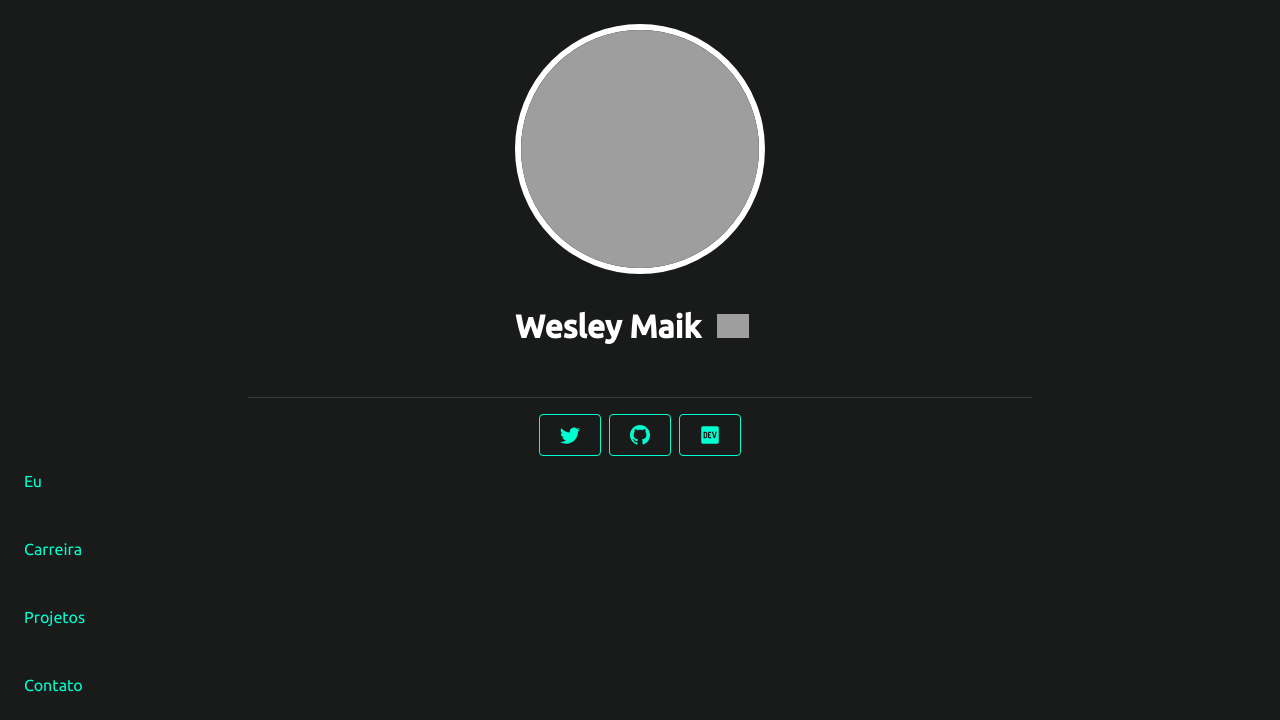
Repository: WesleyMaik/wesleymaik.github.io
Page: /
These files come from the project's save history. The page is drawn as it stood at one moment and after the next save; the edit follows.
The browser window is 1280 px wide. The pictures show the whole page.
Pictures or frames that could not be fetched are drawn as grey boxes. The page's requests for data from a server got no answer. The project was rebuilt for these pictures with package versions that can differ from the ones it lists, and the page was loaded fresh each time. No one was signed in, and anything a server would have sent is missing. Also part of the build but not shown: vite.config.ts.

Above is the page before, as saved 2022-08-08 13:18:11.

### index.html
<!DOCTYPE html>
<html lang="en">
  <head>
    <meta charset="UTF-8" />
    <link rel="icon" type="image/svg+xml" href="/vite.svg" />
    <meta name="viewport" content="width=device-width, initial-scale=1.0" />
    <title>Wesley Maik - Portifólio</title>
  </head>
  <body>
    <div id="root"></div>
    <script type="module" src="/src/main.tsx"></script>
  </body>
</html>

### src/main.tsx
//Modules
import React from 'react'
import ReactDOM from 'react-dom/client'
import App from './pages'

//Style
import "./styles/global.scss";

ReactDOM.createRoot(document.getElementById('root') as HTMLElement).render(
  <React.StrictMode>
    <App />
  </React.StrictMode>
)

### src/pages/index.tsx
//Modules
import styled from "styled-components";
import Header from "../components/template/header";

const App = () => {
    const Main = styled.main`
      max-width:800px;
      margin:auto;
    `;

    return(
      <Main>
        <Header />
      </Main>
    )
};

export default App

### src/styles/global.scss
//Fonts
@import url('https://fonts.googleapis.com/css2?family=Open+Sans:wght@300;400;600&family=Poppins:wght@300;400;600&family=Roboto+Mono:wght@300;400;700&family=Ubuntu:wght@300;400;500&display=swap');

:root{
    --bg-primary:#181b19;
    --bg-secundary:#2c372e;
    --color-default:#fff;
    --color-primary:#00ffd0;
    --color-secundary:#01dba4;
    --color-fade:#01dba410;
}

*{
    box-sizing: border-box;
    transition: all ease 0.25s;
}

html, body{
    margin:0;

    color:var(--color-default);
    background-color: var(--bg-primary);

    font-family: 'Arial', 'Tahoma';
}

h1, h2, h3, h4, h5, h6{
    font-family: 'Poppins', 'Arial';
}

p{
    font-family: 'Open Sans', 'Arial';
}

div, span{
    font-family: 'Ubuntu', 'Arial';
}

a{
    color: var(--color-primary);
    text-decoration: none;

    border-bottom:2px solid transparent;

    &:active{
        color: var(--color-secundary);
    }

    &:hover{
        border-bottom-color:var(--color-primary);
    }
}

hr{
    width:100%;
    border:none;
    border-top: 1px solid #ffffff25;
}

### src/components/template/header.tsx
import styled from "styled-components";
import Avatar from "../avatar";
import Github from "./github";
import Navigation from "./navigation";
import Social from "./social";

const Header = () => {
    const Header = styled.header`
        width:100%;
        min-height:20em;

        display:flex;
        flex-direction:column;
        align-items:center;
        gap:0.5em;

        padding:0.5em;
        margin:1em 0;

        .title{
            .icon{
                width:32px;
            }
        }
    `;

    return(
        <Header>
            <Navigation />
            <Avatar />
            <h1 className="title">
                <span>Wesley Maik</span>
                <img
                    className="icon"
                    src="https://raw.githubusercontent.com/MartinHeinz/MartinHeinz/master/wave.gif"
                    style={{ display: "inline-block", margin:'0 0.5em' }}
                    data-target="animated-image.originalImage"
                />
            </h1>
            <Github />
            <hr />
            <Social />
        </Header>
    )
};

export default Header;

### src/components/avatar/index.tsx
//Modules
import styled from "styled-components";

// https://api.github.com/users/wesleymaik

const Avatar = () => {
    const Content = styled.div`
        width:250px;
        height:250px;

        overflow:hidden;

        border:6px solid #fff;
        border-radius:50%;

        .img{
            width:100%;
            height:100%;
        }
    `;

    return(
        <Content>
            <img className="img" src="https://avatars.githubusercontent.com/u/85949116?v=4"/>
        </Content>
    )
};

export default Avatar;

### src/components/template/github.tsx
//Modules
import { useCallback, useEffect, useState } from "react";
import styled from "styled-components";
import { api } from "../../services/api";

//Components
import { TiLocation } from 'react-icons/ti';
import { getGithubStats, getSession, setGithubStats, setSession } from "../../hook/session";

export interface IGithub {
    login: string;
    id: number;
    node_id: string;
    avatar_url: string;
    gravatar_id: string;
    url: string;
    html_url: string;
    followers_url: string;
    following_url: string;
    gists_url: string;
    starred_url: string;
    subscriptions_url: string;
    organizations_url: string;
    repos_url: string;
    events_url: string;
    received_events_url: string;
    type: string;
    site_admin: boolean;
    name: string;
    company: string;
    blog: string;
    location: string;
    email: string;
    hireable: string;
    bio: string;
    twitter_username: string;
    public_repos: number;
    public_gists: number;
    followers: number;
    following: number;
    created_at: string;
    updated_at: string;
};


const gitInfo = {};

const Github = () => {
    const Container = styled.div`
        width:100%;

        display:flex;
        flex-direction:column;
        justify-content:center;
        align-items:center;
        gap:0.5em;

        .location{
            .title{
                color:#d3d3d380;
            }
        }

        .info{
            width:100%;

            display:flex;
            flex-direction:row;
            gap:0.5em;


            .card{
                width:100%;

                display:flex;
                align-items:center;
                flex-direction:column;
                gap:0.5em;

                padding:1em;

                background-color:var(--color-fade);

                border-radius:4px;

                *{
                    margin:0;
                }

                .title{
                    font-weight:300;
                }
            }
        }
    `;

    const savedData = getGithubStats();

    const [data, setData] = useState<IGithub | null>(savedData || null),
          handleData = useCallback((data:IGithub) => {
            setData(data);
          }, [data])

    useEffect(() => {
        if(!Boolean(savedData)){
            api.get('https://api.github.com/users/wesleymaik')
            .then((response) => {
                const result = response.data as IGithub;
                handleData(result);
                setGithubStats(result)
            })
            .catch((err) => {
                console.log(err);
            });
        };
    });

    return(
        <Container>
            {
                data &&
                <>
                <div className="location">
                    {
                        data?.location &&
                        <p className="title"><TiLocation className="icon" />{ data?.location }</p>
                    }
                </div>
                <div className="info">
                    <div className="card">
                        <h2 className="text">{ data?.public_repos }</h2>
                        <h5 className="title">Repositórios</h5>
                    </div>
                    <div className="card">
                        <h2 className="text">{ data?.followers }</h2>
                        <h5 className="title">Seguidores</h5>
                    </div>
                    <div className="card">
                        <h2 className="text">{ data?.following }</h2>
                        <h5 className="title">Seguindo</h5>
                    </div>
                </div>
                </>
            }
        </Container>
    )
};

export default Github;

### src/components/template/navigation.tsx
import styled from "styled-components";

const Navigation = () => {
    const Container = styled.div`
        display:flex;
        flex-direction:column;
        justify-content:center;
        align-items:left;
        gap:2em;

        position:fixed;
        left:0;
        bottom:0;

        padding:1em;

        z-index:10;

        a{
            padding:0.5em;
            &:hover{
                background-color:var(--color-fade);
            }
        }
    `;

    return(
        <Container>
            <a href="#me">Eu</a>
            <a href="#carrer">Carreira</a>
            <a href="#project">Projetos</a>
            <a href="#contact">Contato</a>
        </Container>
    )
};

export default Navigation;

### src/components/template/social.tsx
//Modules
import styled from "styled-components";

//Component
import { BsTwitter, BsGithub } from 'react-icons/bs';
import { FaDev } from 'react-icons/fa';

interface ISocial{
    name?:boolean
};

const Social = ({ name }:ISocial) => {
    const Container = styled.div`
        width:100%;

        display:flex;
        flex-direction:row;
        justify-content:center;
        gap:0.5em;

        .btn{
            cursor: pointer;

            display:flex;
            flex-direction:row;
            gap:0.5em;

            color:var(--color-primary);
            font-size:1.25em;

            border:1px solid var(--color-primary);
            border-radius:4px;
            padding:0.5em 1em;

            &:hover{
                background-color:var(--color-fade);
            }

            .text{
                ${!name && 'display:none;'}
            }
        }
    `;

    return(
        <Container>
            <div className="btn">
                <BsTwitter />
                <span className="text">Twitter</span>
            </div>
            <div className="btn">
                <BsGithub />
                <span className="text">Github</span>
            </div>
            <div className="btn">
                <FaDev />
                <span className="text">Dev.to</span>
            </div>
        </Container>
    )
};

export default Social;

### src/services/api.ts
//Modules
import axios from "axios";

//Api
export const api = axios.create();

### src/hook/session.ts
//Modules
import { IGithub } from "../components/template/github";

export const setSession = (key:string, data:any) => {
    const value = JSON.stringify(data);
    sessionStorage.setItem(key, value);
};

export const getSession = (key:string) => {
    const value = JSON.parse(String(sessionStorage.getItem(key))) || null;
    return value;
};

export const getGithubStats = () => {
    return getSession('github_stats') as IGithub;
};

export const setGithubStats = (data:IGithub) => {
    setSession('github_stats', data);
};

After the next save:
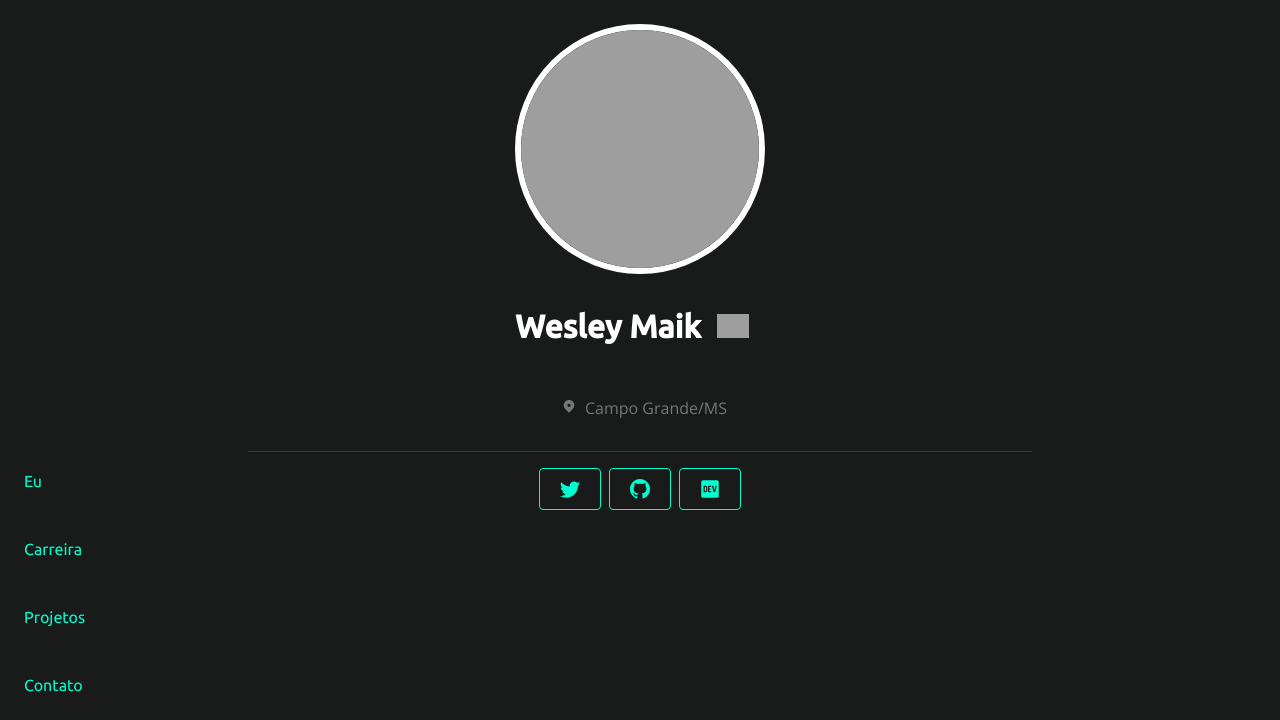
Saved 80 s later.
--- a/src/components/template/github.tsx
+++ b/src/components/template/github.tsx
@@ -117,31 +117,28 @@
 
     return(
         <Container>
-            {
-                data &&
-                <>
                 <div className="location">
-                    {
-                        data?.location &&
-                        <p className="title"><TiLocation className="icon" />{ data?.location }</p>
-                    }
+                    <p className="title"><TiLocation className="icon" />{ data?.location || 'Campo Grande/MS' }</p>
                 </div>
-                <div className="info">
-                    <div className="card">
-                        <h2 className="text">{ data?.public_repos }</h2>
-                        <h5 className="title">Repositórios</h5>
+                {
+                    data &&
+                    <>
+                    <div className="info">
+                        <div className="card">
+                            <h2 className="text">{ data?.public_repos }</h2>
+                            <h5 className="title">Repositórios</h5>
+                        </div>
+                        <div className="card">
+                            <h2 className="text">{ data?.followers }</h2>
+                            <h5 className="title">Seguidores</h5>
+                        </div>
+                        <div className="card">
+                            <h2 className="text">{ data?.following }</h2>
+                            <h5 className="title">Seguindo</h5>
+                        </div>
                     </div>
-                    <div className="card">
-                        <h2 className="text">{ data?.followers }</h2>
-                        <h5 className="title">Seguidores</h5>
-                    </div>
-                    <div className="card">
-                        <h2 className="text">{ data?.following }</h2>
-                        <h5 className="title">Seguindo</h5>
-                    </div>
-                </div>
-                </>
-            }
+                    </>
+                }
         </Container>
     )
 };
